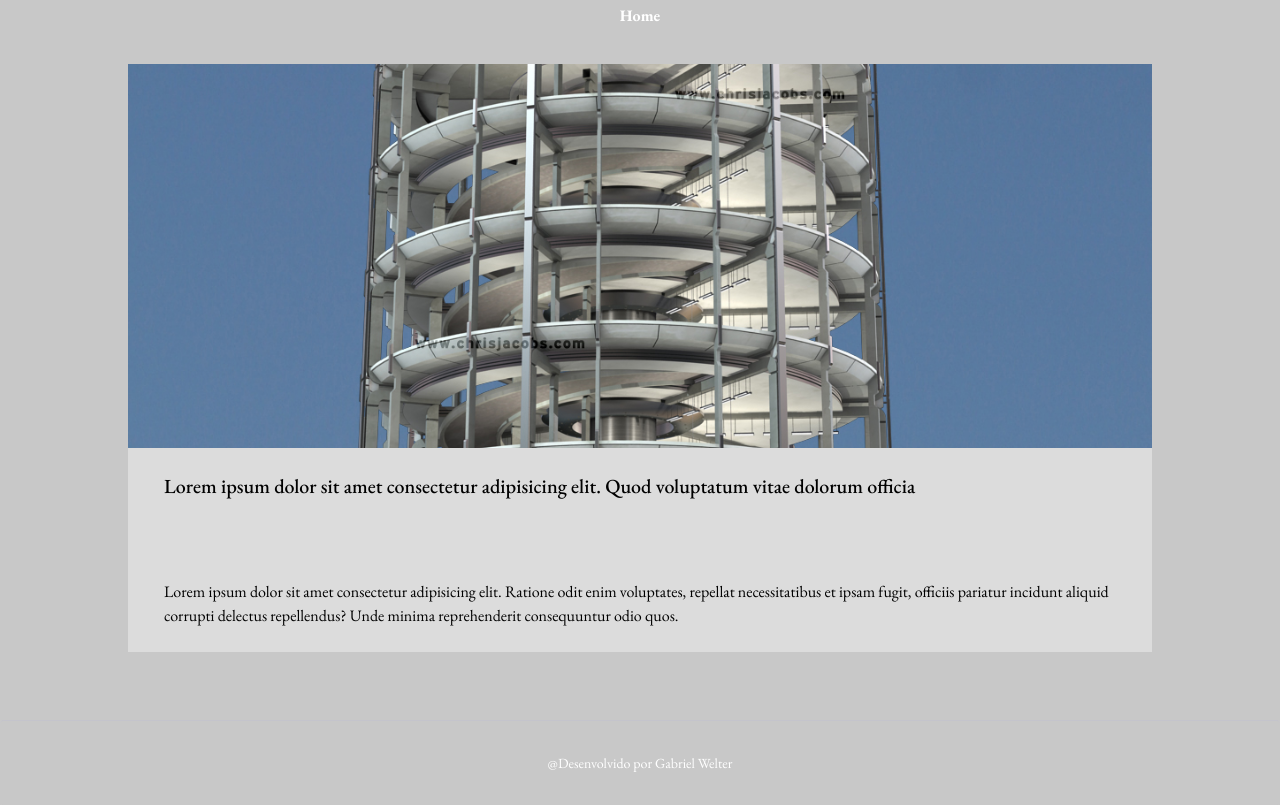
Repository: weltergab/Your-News-2-prismic-cms
Page: /noticiafull
The author's editor kept a copy of each file at every save. The page is drawn from the files as they stood at one save, then again after the next save.
The browser window is 1280 px wide. The pictures show the whole page.
The project was rebuilt for these pictures with package versions that can differ from the ones it lists, and the page was loaded fresh each time. The framework's server and built-in components were replaced by stand-ins that run in the browser. Also part of the build but not shown: next.config.js.

Above is the page before, as saved 2023-04-30 20:22:16.

After the next save:
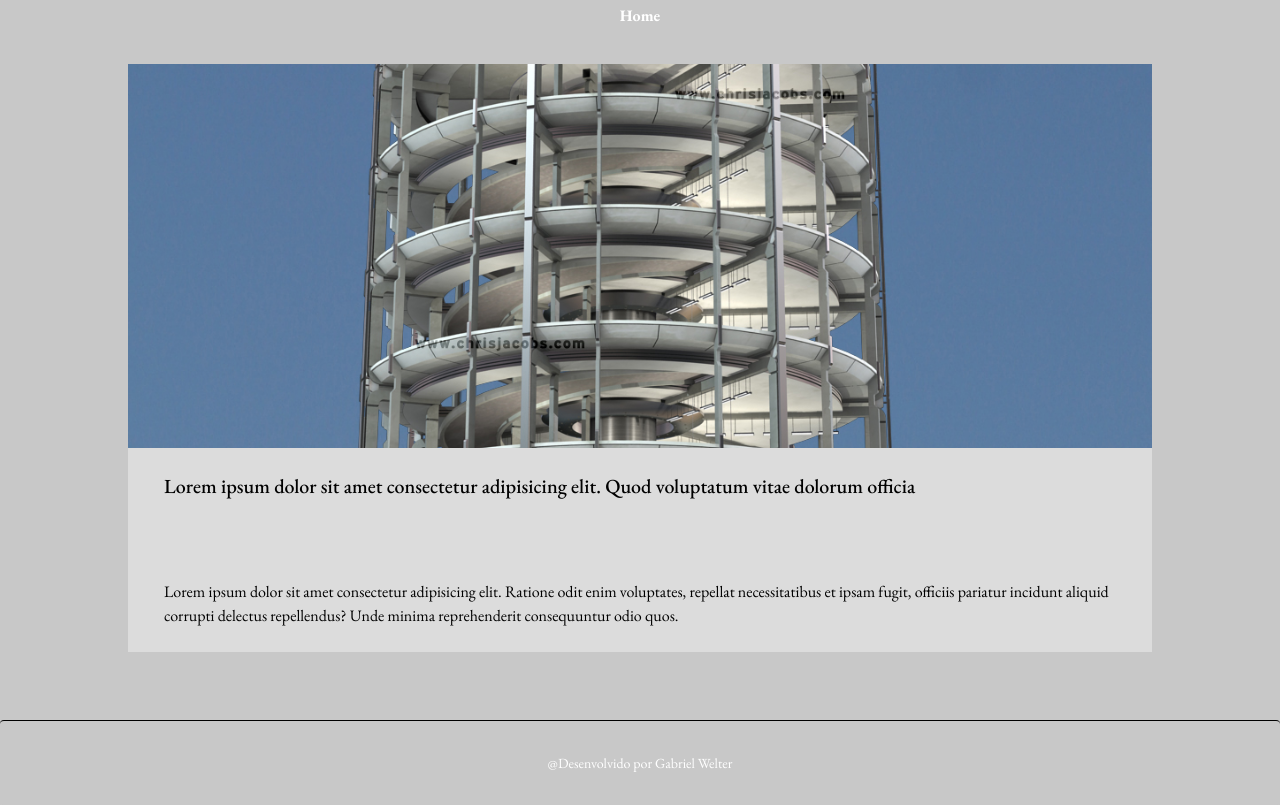
Saved 32 s later.
--- a/src/components/Footer/index.tsx
+++ b/src/components/Footer/index.tsx
@@ -1,6 +1,6 @@
 export function Footer() {
   return (
-    <div className="bg-color-footer text-color-text w-full p-8 rounded border-t">
+    <div className="bg-color-footer text-color-text w-full p-8 rounded border-t border-black">
       <div className="text-center text-sm">
         @Desenvolvido por Gabriel Welter
       </div>
